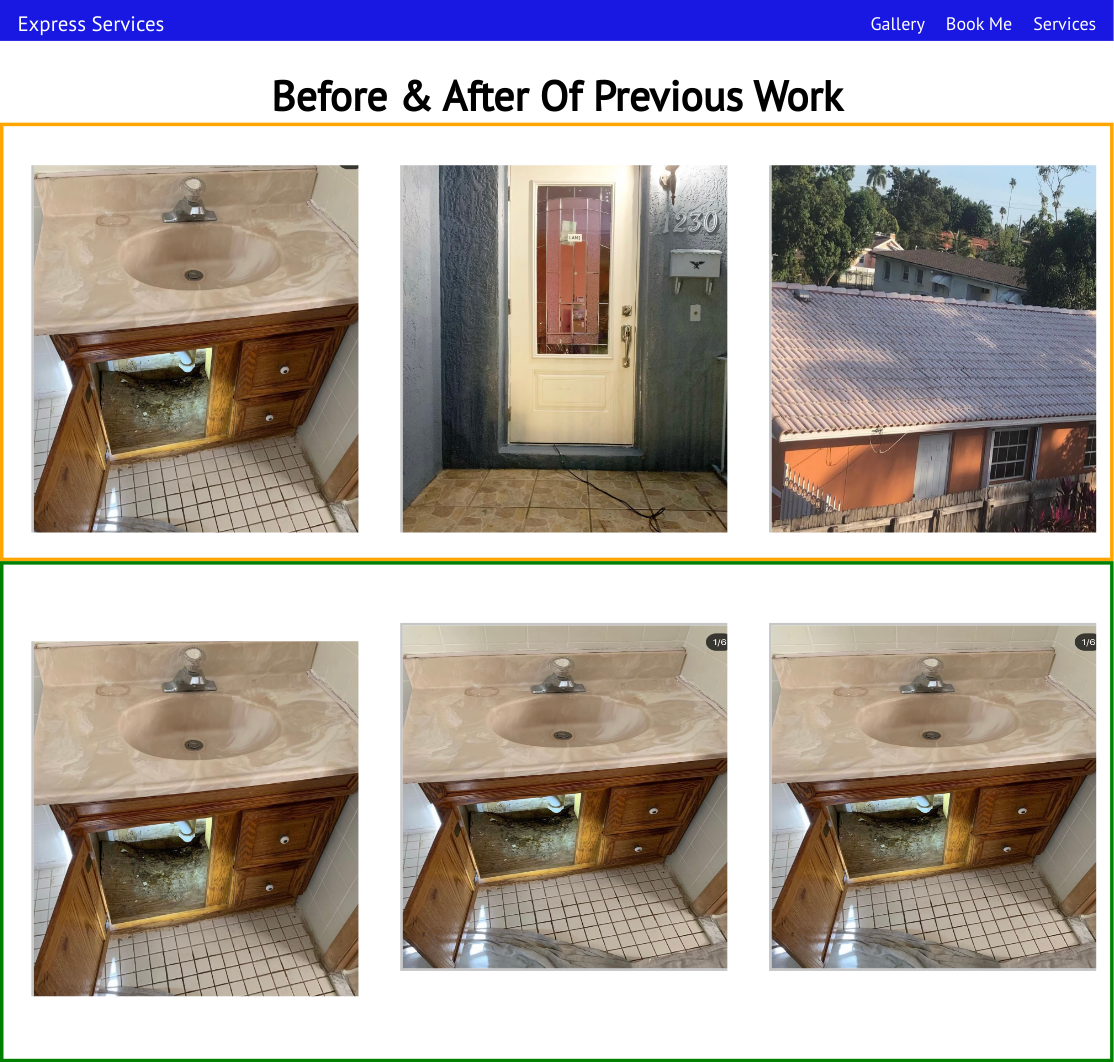
Repository: DrummerDee/mir-miami
Page: /Gallery (app in mr-miami/)
The author's editor kept a copy of each file at every save. The page is drawn from the files as they stood at one save, then again after the next save.
The browser window is 1280 px wide. The pictures show the whole page, at 87% of full size.
The project was rebuilt for these pictures with package versions that can differ from the ones it lists, and the page was loaded fresh each time. Also part of the build but not shown: mr-miami/src/Styles/Services.css, mr-miami/src/Components/Services.js, mr-miami/src/Components/Homepage.js, mr-miami/src/Styles/Calendar.css, mr-miami/src/Styles/Times.css, mr-miami/src/Components/Times.js, mr-miami/src/Components/Time.js, mr-miami/src/Components/BookMe.js.

Above is the page before, as saved 2022-09-09 14:00:17.

### mr-miami/public/index.html
<!DOCTYPE html>
<html lang="en">
  <head>
    <meta charset="utf-8" />
    <link rel="icon" href="%PUBLIC_URL%/favicon.ico" />
    <meta name="viewport" content="width=device-width, initial-scale=1" />
    <meta name="theme-color" content="#000000" />
    <meta
      name="description"
      content="Web site created using create-react-app"
    />
    <link rel="apple-touch-icon" href="%PUBLIC_URL%/logo192.png" />
    <!--
      manifest.json provides metadata used when your web app is installed on a
      user's mobile device or desktop. See https://developers.google.com/web/fundamentals/web-app-manifest/
    -->
    <link rel="manifest" href="%PUBLIC_URL%/manifest.json" />
    <!--
      Notice the use of %PUBLIC_URL% in the tags above.
      It will be replaced with the URL of the `public` folder during the build.
      Only files inside the `public` folder can be referenced from the HTML.

      Unlike "/favicon.ico" or "favicon.ico", "%PUBLIC_URL%/favicon.ico" will
      work correctly both with client-side routing and a non-root public URL.
      Learn how to configure a non-root public URL by running `npm run build`.
    -->
    <title>Exotic Express Services</title>
  </head>
  <body>
    <noscript>You need to enable JavaScript to run this app.</noscript>
    <div id="root"></div>
    <!--
      This HTML file is a template.
      If you open it directly in the browser, you will see an empty page.

      You can add webfonts, meta tags, or analytics to this file.
      The build step will place the bundled scripts into the <body> tag.

      To begin the development, run `npm start` or `yarn start`.
      To create a production bundle, use `npm run build` or `yarn build`.
    -->
  </body>
</html>

### mr-miami/src/App.js
import './Styles/App.css';
import { BrowserRouter as Router, Routes, Route } from "react-router-dom";
import Navbar from "./Components/Navbar";
import Services from "./Components/Services";
import Homepage from "./Components/Homepage";
import Gallery from "./Components/Gallery";
import BookMe from "./Components/BookMe";




function App() {
  return (
    <Router>
      <Navbar />
      <Routes>
        <Route path="/" element={<Homepage />} />
        <Route path="/Gallery" element={<Gallery />} />
        <Route path="/Services" element={<Services />} />
        <Route path="/BookMe" element={<BookMe />} />
      </Routes>
    </Router>
  );
}

export default App;

### mr-miami/src/Styles/App.css
@import url('https://fonts.googleapis.com/css2?family=IBM+Plex+Sans:wght@300&family=PT+Sans&display=swap');
* {
  box-sizing: border-box;
  margin: 0;
  padding: 0;
  font-family: 'PT Sans','IBM Plex Sans', sans-serif;
}

/* Gallery Page */
.gallery__body > h1 {
  font-size: 3rem;
  text-align: center;
  margin-top: 2rem;
}

.wrapper {
  display: flex;
  justify-content: center;
  align-items: center;
  border: 0.3rem solid orange;
  height: 70vh;
}
.containers{
  width: 100%;
  display: flex;
  flex-direction: column;
  height: 85%;
  overflow: hidden;
  gap: 0.5rem;
  padding: 1rem 0 0 1rem;
  margin: 1rem 1rem 0 1rem;
  justify-content: center;
  position: relative;
}

img{
  transition: all linear 0.6s;
  border: 0.2rem solid rgb(199, 198, 198);
}
.bottom{
  position:absolute;
  top: 0;
  opacity: 0;
}
.containers:hover img{
  opacity: 0;
  cursor: pointer;
}
.containers:hover img.bottom{
  opacity: 1;
}
/* Bottom containers */
.wrapper__two {
  display: flex;
  justify-content: center;
  align-items: center;
  border: 0.3rem solid green;
  height: 80vh;
}
.containers__two{
  width: 100%;
  display: flex;
  flex-direction: column;
  height: 72%;
  overflow: hidden;
  gap: 0.5rem;
  position: relative;
  padding: 1rem 0 0 1rem;
  margin: 1rem 1rem 0 1rem;
  justify-content: center;
}
img{
  transition: all linear 0.6s;
  border: 0.2rem solid rgb(199, 198, 198);
}
.bottom__two{
  position:absolute;
  top: 0;
  opacity: 0;
}
.containers__two:hover img{
  opacity: 0;
  cursor: pointer;
}
.containers__two:hover img.bottom__two{
  opacity: 1;
}

### mr-miami/src/Components/Navbar.js
import {Link } from 'react-router-dom'; //put this on every single routing page


// This isn't a homepage, just functionality for Navbar in the homepage
const Navbar = () => {
  return (
      <nav className="nav">
        <Link className="Home" to="/"> Express Services </Link>
        <ul>
          <li><Link to="/Gallery">Gallery</Link></li>
          <li><Link to="/BookMe">Book Me</Link></li>
          <li><Link to="/Services">Services</Link></li>
        </ul>
      </nav>
  );
}
export default Navbar;

### mr-miami/src/Components/Gallery.js
import React from "react";
import { LazyLoadImage } from 'react-lazy-load-image-component';
import sinkbefore from '../Assets/sinkbefore.jpeg';
import sinkafter from '../Assets/sinkafter.jpeg';
import doorbefore from '../Assets/Doorbefore.jpeg';
import doorafter from '../Assets/Doorafter.jpeg';
// import pavementbefore from '../Assets/pavementbefore.jpeg';
import pavementafter from '../Assets/pavementafter.jpeg';
import roofafter from '../Assets/roofafter.jpeg';
import roofbefore from '../Assets/roofbefore.jpeg';



function Gallery() {
    return (
        <>
            <main className='gallery__body'>
                <h1> Before & After Of Previous Work </h1>
                <section className='wrapper'>
                    <div className="containers">
                        <LazyLoadImage
                            src={sinkbefore}
                            width={400}
                            height={500}
                            effect='blur'
                            alt='broken sink'
                            className="top"
                        />
                        <LazyLoadImage
                            src={sinkafter}
                            width={400}
                            height={500}
                            effect='blur'
                            alt='broken sink'
                            className="bottom"
                        />
                    </div>
                    <div className="containers">
                        <LazyLoadImage
                            src={doorbefore}
                            width={400}
                            height={500}
                            effect='blur'
                            alt='broken sink'
                            className="top"
                        />
                        <LazyLoadImage
                            src={doorafter}
                            width={400}
                            height={500}
                            effect='blur'
                            alt='broken sink'
                            className="bottom"
                        />
                    </div>
                    <div className="containers">
                        <LazyLoadImage
                            src={roofbefore}
                            width={400}
                            height={500}
                            effect='blur'
                            alt='broken sink'
                            className="top"
                        />
                        <LazyLoadImage
                            src={roofafter}
                            width={400}
                            height={500}
                            effect='blur'
                            alt='broken sink'
                            className="bottom"
                        />
                    </div>
                </section>
                <section className='wrapper__two'>
                    <div className="containers__two">
                        <LazyLoadImage
                            src={sinkbefore}
                            width={400}
                            height={500}
                            effect='blur'
                            alt='broken sink'
                            className="top"
                        />
                        <LazyLoadImage
                            src={sinkafter}
                            width={400}
                            height={500}
                            effect='blur'
                            alt='broken sink'
                            className="bottom__two"
                        />
                    </div>
                    <div className="containers">
                        <LazyLoadImage
                            src={sinkbefore}
                            width={400}
                            height={400}
                            effect='blur'
                            alt='broken sink'
                            className="top"
                        />
                        <LazyLoadImage
                            src={sinkafter}
                            width={400}
                            height={500}
                            effect='blur'
                            alt='broken sink'
                            className="bottom__two"
                        />
                    </div>
                    <div className="containers">
                        <LazyLoadImage
                            src={sinkbefore}
                            width={400}
                            height={400}
                            effect='blur'
                            alt='broken sink'
                            className="top"
                        />
                        <LazyLoadImage
                            src={sinkafter}
                            width={400}
                            height={500}
                            effect='blur'
                            alt='broken sink'
                            className="bottom__two"
                        />
                    </div>
                </section>
            </main>

        </>
    );
}










export default Gallery

### mr-miami/src/Styles/Homepage.css
* {
  box-sizing: border-box;
  margin: 0;
  padding: 0;
}

.homeBody {
  position: relative;
  height: 95vh;
  overflow: hidden;
}

.nav {
  background-color: rgb(24, 24, 226);
  color: white;
  display: flex;
  justify-content: space-between;
  align-items: stretch;
  gap: 2rem;
  padding: 0 1rem;
  padding-top: 0.5rem;
  font-size: 1.3rem;
}

.nav ul {
  padding: 0%;
  margin: 0;
  list-style: none;
  display: flex;
  gap: 1rem;
}

.Home {
  font-size: 1.5rem;
}

.nav a {
  display: flex;
  align-items: center;
  color: inherit;
  text-decoration: none;
  height: 100%;
  padding: 0.25rem;
}

.nav li:hover {
  border-top: white 0.2rem solid;
  transition: all 0.3s ease-out;
  padding: 0.25rem;
}

.home {
  display: flex;
  flex-direction: column;
  justify-content: center;
  align-items: center;
}

.homeBody .text {
  background-image: url('../Assets/background.png');
  background-repeat: no-repeat;
  background-size: cover;
  height: 100vh;
  color: white;
  display: flex;
  flex-direction: column;
  align-items: center;
  font-weight: 300;
}

.homeBody .text .homeMainText {
  color: white;
  border-top: 0.4rem solid black;
  border-bottom: 0.4rem solid black;
  font-size: 5rem;
  padding: 0.5rem 0 0.5rem 0;
  margin-top: 6.5rem;
}

.homeBody .text>h3 {
  font-size: 1.2rem;
  padding-top: 2rem;
}

.homeBody .text>h4 {
  font-size: 1.5rem;
  margin: 0;
}

.homeBody .text>p {
  margin-top: 15rem;
  font-size: 1.5rem;
  font-weight: 600;
}

Loaded but not shown: mr-miami/src/index.js (common file); mr-miami/src/reportWebVitals.js (common file)

After the next save:
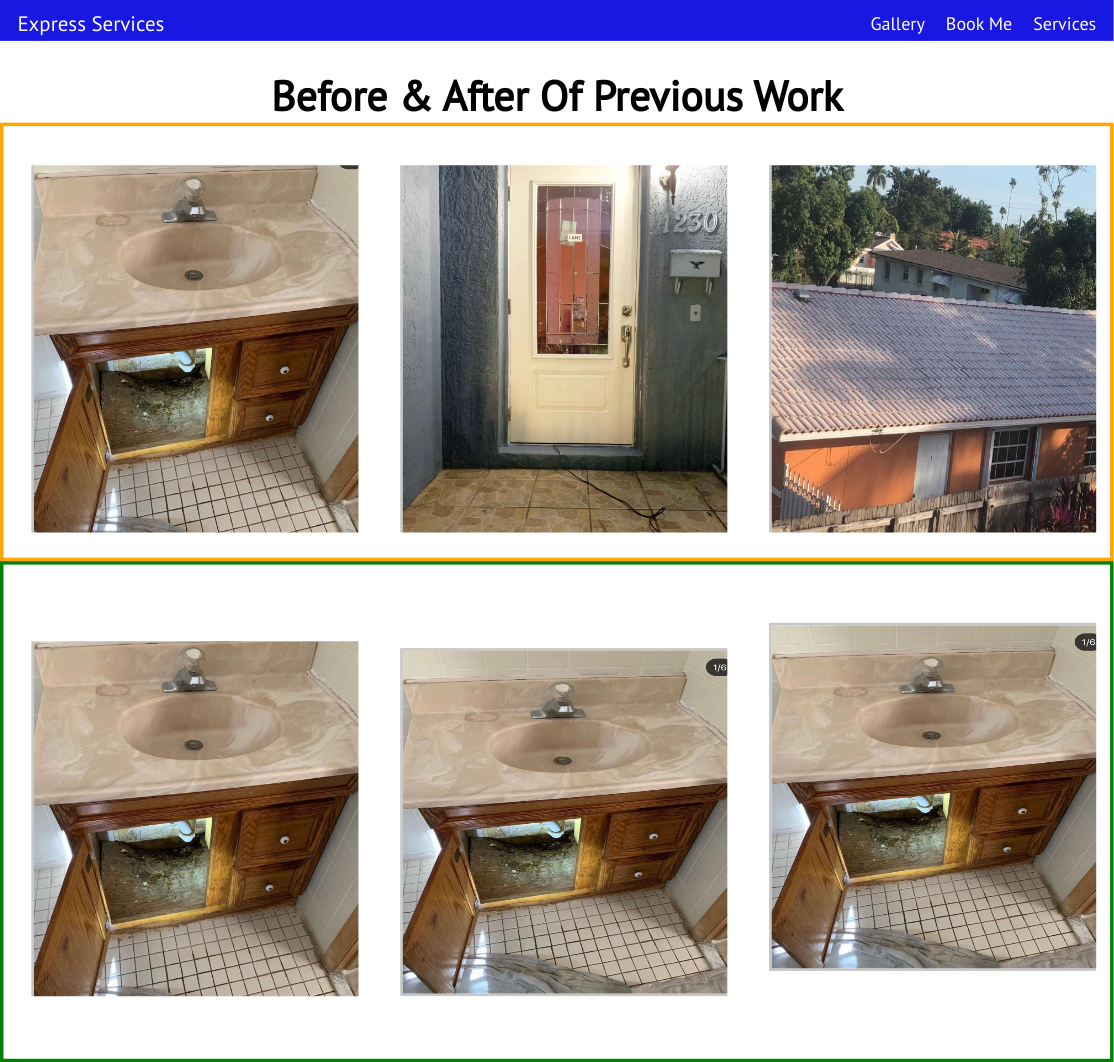
Saved 42 s later.
--- a/mr-miami/src/Components/Gallery.js
+++ b/mr-miami/src/Components/Gallery.js
@@ -91,7 +91,7 @@ function Gallery() {
                             className="bottom__two"
                         />
                     </div>
-                    <div className="containers">
+                    <div className="containers__two">
                         <LazyLoadImage
                             src={sinkbefore}
                             width={400}
